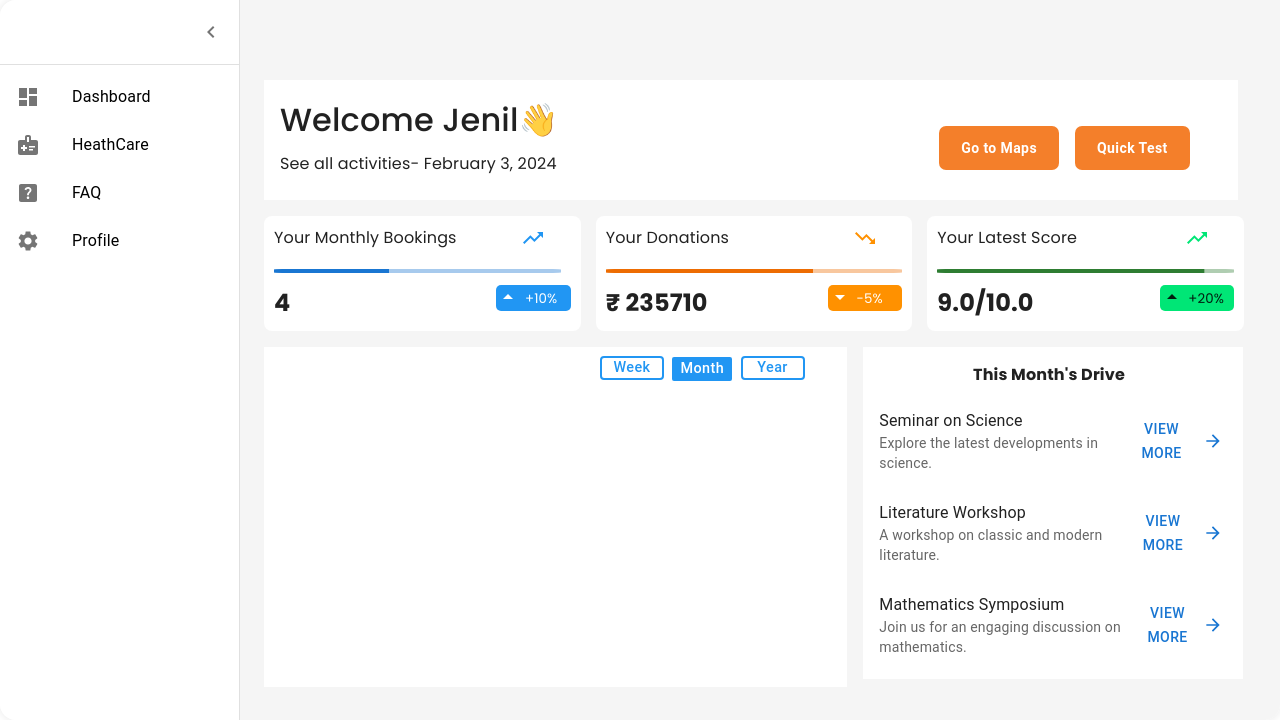
Repository: shubhampirate/Google_Solutions_Edural
Page: /dashboard
The author's editor kept a copy of each file at every save. The page is drawn from the files as they stood at one save, then again after the next save.
The browser window is 1280 px wide. The pictures show the whole page.
The page's requests for data from a server got no answer. The project was rebuilt for these pictures with package versions that can differ from the ones it lists, and the page was loaded fresh each time. Some packages were replaced by stand-ins written for this rebuild. No one was signed in, and anything a server would have sent is missing. Also part of the build but not shown: src/Components/Navbar.jsx, src/Components/Footer.jsx, src/Components/CongratsCard.jsx, src/pages/Hero/Hero.jsx, src/pages/Sign_in.jsx.

Above is the page before, as saved 2024-02-03 18:10:24.

### src/index.js
import React from "react";
import ReactDOM from "react-dom/client";
import "./index.css";
import { GoogleOAuthProvider } from '@react-oauth/google';
import App from "./App";
import { BrowserRouter } from "react-router-dom";
const root = ReactDOM.createRoot(
    document.getElementById("root"));
root.render(
    <BrowserRouter>
<GoogleOAuthProvider clientId="730379698185-cv7a59sok9sod43v04ee6g6pt4gtaea2.apps.googleusercontent.com">
        {/* <React.StrictMode> */}
            <App />
        {/* </React.StrictMode> */}
    </GoogleOAuthProvider>
    </BrowserRouter>

);

### src/App.jsx
import Hero from "./pages/Hero/Hero";
import Dashboard from "./pages/Dashboard/Dashboard";
import SignIn from "./pages/Sign_in";
import {useState} from "react";
import { Route, Routes } from "react-router-dom";
function App() {
  return (
    <>
      {/* <Hero />   */}
      {/* <SignIn /> */}
      <Routes>
        <Route path="/signin" element={<><SignIn /></>} />
        <Route path="/dashboard" element={<><Dashboard /></>} />
        {/* <Route path="/education" element={<><Education /></>} /> */}
        {/* <Route path="/health" element={<><Health /></>} /> */}
        {/* <Route path="/profile" element={<><Profile /></>} /> */}
        {/* <Route path="/finance" element={<><Finance /></>} /> */}
        {/* <Route path="/questions" element={<><Questions /></>} /> */}
        {/* <Route path="/retireaibot" element={<><Bot /></>} /> */}
        <Route path="/" element={<><Hero /></>} />
      </Routes>
         </>
  );
}

export default App;

### src/pages/Dashboard/Dashboard.jsx
    import * as React from 'react';
    import { styled, createTheme, ThemeProvider } from '@mui/material/styles';
    import CssBaseline from '@mui/material/CssBaseline';
    import MuiDrawer from '@mui/material/Drawer';
    import Box from '@mui/material/Box';
    import MuiAppBar from '@mui/material/AppBar';
    import Toolbar from '@mui/material/Toolbar';
    import {
    LinearProgress, ListItem, CircularProgress, Checkbox, ListItemText, Dialog, DialogActions, DialogContent,
    DialogContentText, DialogTitle, ListItemIcon, ListItemButton
    } from '@mui/material';
    import TrendingUpIcon from '@mui/icons-material/TrendingUp';
    // import { PieChart } from '@mui/x-charts/PieChart';
    // import { useDrawingArea } from '@mui/x-charts/hooks';
    import TrendingDownIcon from '@mui/icons-material/TrendingDown';
    import List from '@mui/material/List';
    import Divider from '@mui/material/Divider';
    import IconButton from '@mui/material/IconButton';
    import ArrowDropUpIcon from '@mui/icons-material/ArrowDropUp';
    import ArrowDropDownIcon from '@mui/icons-material/ArrowDropDown';
    import Grid from '@mui/material/Grid';
    import MenuIcon from '@mui/icons-material/Menu';
    import ChevronLeftIcon from '@mui/icons-material/ChevronLeft';
    import { mainListItems } from '../../Components/listItems';
    import axios from 'axios';
    import Button from '@mui/material/Button';
    import CommentIcon from '@mui/icons-material/Comment';
    import Swal from 'sweetalert2';
    import { useState } from 'react';
    import { useEffect } from 'react';
    import CustomButton from "../../Components/CustomButton";
    import ArrowForwardIcon from '@mui/icons-material/ArrowForward';
    // import { Bar } from "react-chartjs-2";
    // import { BarElement, CategoryScale, Chart as ChartJS, Legend, LinearScale, Title, Tooltip } from "chart.js";
    // import GoogleTranslateComponent from '../../Components/GoogleTranslateComponent';
    // import csacc from "../../media/csacc.png"
    // import creditscoremodel from "../../media/creditscoremodel.png"
    // import creditflow from "../../media/creditflowchart.png"
    // ChartJS.register(CategoryScale, LinearScale, BarElement, Title, Tooltip, Legend);

    const drawerWidth = 240;

    const AppBar = styled(MuiAppBar, {
    shouldForwardProp: (prop) => prop !== 'open',
    })(({ theme, open }) => ({
    zIndex: theme.zIndex.drawer + 1,
    transition: theme.transitions.create(['width', 'margin'], {
        easing: theme.transitions.easing.sharp,
        duration: theme.transitions.duration.leavingScreen,
    }),
    ...(open && {
        marginLeft: drawerWidth,
        width: `calc(100% - ${drawerWidth}px)`,
        transition: theme.transitions.create(['width', 'margin'], {
        easing: theme.transitions.easing.sharp,
        duration: theme.transitions.duration.enteringScreen,
        }),
    }),
    }));

    const Drawer = styled(MuiDrawer, { shouldForwardProp: (prop) => prop !== 'open' })(
    ({ theme, open }) => ({
        '& .MuiDrawer-paper': {
        position: 'relative',
        whiteSpace: 'nowrap',
        width: drawerWidth,
        transition: theme.transitions.create('width', {
            easing: theme.transitions.easing.sharp,
            duration: theme.transitions.duration.enteringScreen,
        }),
        boxSizing: 'border-box',
        ...(!open && {
            overflowX: 'hidden',
            transition: theme.transitions.create('width', {
            easing: theme.transitions.easing.sharp,
            duration: theme.transitions.duration.leavingScreen,
            }),
            width: theme.spacing(7),
            [theme.breakpoints.up('sm')]: {
            width: theme.spacing(9),
            },
        }),
        },
    }),
    );
    const educationEvents = [
        { id: 1, name: 'Seminar on Science', description: 'Explore the latest developments in science.' },
        { id: 2, name: 'Literature Workshop', description: 'A workshop on classic and modern literature.' },
        { id: 3, name: 'Mathematics Symposium', description: 'Join us for an engaging discussion on mathematics.' },
      ];
    var currentDate = new Date();

    var months = [
    "January", "February", "March", "April", "May", "June",
    "July", "August", "September", "October", "November", "December"
    ];

    var formattedDate = months[currentDate.getMonth()] + " " + currentDate.getDate() + ", " + currentDate.getFullYear();

    const defaultTheme = createTheme();

    export default function Dashboard() {
    const [open, setOpen] = React.useState(true);
    const toggleDrawer = () => {
        setOpen(!open);
    };

    const [expensedata, setExpensedata] = useState([])

    useEffect(() => {
        loadList();
    }, []);


    const loadList = async () => {
        const result = await axios.get(`https://wixstocle.pythonanywhere.com/api/expense/`, {
        headers: { "Authorization": `Token 11c868750d92deda81638c5a9a59177bdc7ae41a` },
        });
        console.log(result.data.data);
        setExpensedata(result.data.data);
    }

    const getLabels = () => expensedata.slice(-5).map(data => data.date);

    const getData = (key) => expensedata.slice(-5).map(data => data[key]);

    const optionsexpense = {
        indexAxis: 'x',
        elements: {
        bar: {
            borderWidth: 0,
        },
        },
        responsive: true,
        interaction: {
        mode: 'index',
        intersect: false,
        },
        scales: {
        x: {
            stacked: false,
        },
        y: {
            stacked: false,
        },
        },
        plugins: {
        legend: {
            position: 'top',
        }
        },
    };

    const dataexpense = {
        labels: getLabels(),
        datasets: [
        {
            label: 'Revenue',
            data: getData('income'),
            backgroundColor: '#2196f3',
        },
        {
            label: 'Spendings',
            data: getData('expense'),
            backgroundColor: '#ff9100',
        },
        {
            label: 'Savings',
            data: getData('savings'),
            backgroundColor: '#00e676',
        },
        ],
    };

    const today = new Date();
    const year = today.getFullYear();
    const month = String(today.getMonth() + 1).padStart(2, '0'); // Months are zero-based
    const day = String(today.getDate()).padStart(2, '0');

    const todayDate = `${year}-${month}-${day}`;

    const [userData, setUserData] = React.useState({
        income: '',
        savings: '',
        expense: '',
        date: todayDate,
        user: "tony@gmail.com"
    });

    const handleChangePlan = (field, value) => {
        setUserData((prevData) => ({ ...prevData, [field]: value }));
    };
    const creditscore = 87.4;

    const handlePostData = () => {
        console.log(userData);
        fetch(`https://wixstocle.pythonanywhere.com/api/expense/`, {
        method: 'POST',
        headers: {
            "Authorization": `Token 11c868750d92deda81638c5a9a59177bdc7ae41a`,
            'Content-Type': 'application/json',
        },
        body: JSON.stringify(userData),
        })
        .then((response) => response.json())
        .then((data) => {
            // console.log(data);
            if (data.status == true) {
            Swal.fire({
                icon: 'success',
                title: 'Successfully Saved the details',
                showConfirmButton: false,
                timer: 3000
            })
            setExpensedata([...expensedata, userData]);
            }
            else {
            Swal.fire({
                icon: 'error',
                title: data.message,
                showConfirmButton: false,
                timer: 3000
            })
            }
        });
    };

    const [checked, setChecked] = React.useState([1]);

    const handleToggle = (value) => () => {
        const currentIndex = checked.indexOf(value);
        const newChecked = [...checked];

        if (currentIndex === -1) {
        newChecked.push(value);
        } else {
        newChecked.splice(currentIndex, 1);
        }

        setChecked(newChecked);
    };
    return (
        <ThemeProvider theme={defaultTheme}>
        <Box sx={{ display: 'flex', borderRadius: '16px', overflow: 'hidden', boxShadow: '0px 0px 10px rgba(0, 0, 0, 0.1)' }} >
            <CssBaseline />
            <AppBar position="absolute" open={open} sx={{ backgroundColor: "whitesmoke", boxShadow: 'none' }}>
            <Toolbar
                sx={{
                pr: '24px', // keep right padding when drawer closed
                display: 'flex',
                alignItems: 'center',
                justifyContent: 'space-between',
                }}>
                <Box sx={{ display: 'flex', alignItems: 'center' }}>
                <IconButton
                    edge="start"
                    aria-label="open drawer"
                    onClick={toggleDrawer}
                    sx={{
                    marginRight: '36px',
                    ...(open && { display: 'none' }),
                    backgroundColor: "#fff"
                    }}>
                    <MenuIcon />
                </IconButton>
                </Box>
            </Toolbar>
            </AppBar>
            <Drawer variant="permanent" open={open}>
            <Toolbar
                sx={{
                display: 'flex',
                alignItems: 'center',
                justifyContent: 'flex-end',
                px: [1],
                }}
            >
                {/* <GoogleTranslateComponent /> */}
                <IconButton onClick={toggleDrawer}>
                <ChevronLeftIcon />
                </IconButton>
            </Toolbar>
            <Divider />
            <List component="nav">
                {mainListItems}
            </List>
            </Drawer>
            <Box
            component="main"
            sx={{
                backgroundColor: (theme) =>
                theme.palette.mode === 'light'
                    ? theme.palette.grey[100]
                    : theme.palette.grey[900],
                flexGrow: 1,
                height: '100vh',
                overflow: 'auto',
            }}>
            <Toolbar />
            <div>
        <Grid container spacing={2} marginTop="1rem" paddingLeft={5}>
            <Grid item xs={6} style={{ backgroundColor: "white",paddingBottom: "1.5rem" }} >
            <div style={{ fontSize: '2rem', fontWeight: '500', paddingBottom: "0.5rem" }}>Welcome Jenil👋</div>
            <div>See all activities- {formattedDate}</div>
            </Grid>
            <Grid item xs={5.5} display="flex" justifyContent="flex-end" alignItems="center" style={{ backgroundColor: "white",paddingRight: "3rem"}}>
            <Box
        sx={{
          display: "flex",
          alignItems: "center",
          justifyContent: "center",
          gap: "1rem",
        }}
      >
        <CustomButton
          backgroundColor="#F47F2A"
          color="#fff"
          buttonText="Go to Maps"

        />
        <CustomButton
          backgroundColor="#F47F2A"
          color="#fff"
          buttonText="Quick Test"

        />
      </Box>
            </Grid>
        </Grid>
        </div>

            <Grid container spacing={2} marginTop="1rem" paddingLeft={5} paddingRight={2}>
                <Grid item xs={12} md={3.8} style={{ backgroundColor: "white", padding: "10px", marginRight: "15px", borderRadius: "0.5rem" }}>
                <Grid item xs={12}>
                    <Grid container>
                    <Grid item xs={10}><div>Your Monthly Bookings</div></Grid>
                    <Grid item xs={2}><TrendingUpIcon sx={{ color: "#2196f3" }} /></Grid>
                    </Grid>
                    <Grid item xs={12}>
                    <LinearProgress variant="determinate" value={40} sx={{ color: "#2196f3", borderRadius: "10%", margin: "12px 10px 12px 0px" }} />
                    </Grid>
                    <Grid item xs={12}>
                    <Grid container>
                        <Grid item xs={9}>
                        <div style={{ fontSize: "1.5rem", fontWeight: "550" }}> 4</div>
                        </Grid>
                        <Grid item xs={3} style={{ backgroundColor: "#2196f3", color: "white", borderRadius: "5px", height: "1.65rem" }}>
                        <ArrowDropUpIcon /> <sup>+10%</sup>
                        </Grid>
                    </Grid>
                    </Grid>
                </Grid>
                </Grid>
                <Grid item xs={12} md={3.8} style={{ backgroundColor: "white", padding: "10px", marginRight: "15px", borderRadius: "0.5rem" }}>
                <Grid item xs={12}>
                    <Grid container>
                    <Grid item xs={10}><div>Your Donations</div></Grid>
                    <Grid item xs={2}><TrendingDownIcon sx={{ color: "#ff9100" }} /></Grid>
                    </Grid>
                    <Grid item xs={12}>
                    <LinearProgress variant="determinate" value={70} color='warning' sx={{ borderRadius: "10%", margin: "12px 0px" }} />
                    </Grid>
                    <Grid item xs={12}>
                    <Grid container>
                        <Grid item xs={9}>
                    <div style={{ fontSize: "1.5rem", fontWeight: "550" }}>₹ 235710</div>
                        </Grid>
                        <Grid item xs={3} style={{ backgroundColor: "#ff9100", color: "white", borderRadius: "5px", height: "1.65rem" }}>
                        <ArrowDropDownIcon /> <sup>-5%</sup>
                        </Grid>
                    </Grid>
                    </Grid>
                </Grid>
                </Grid>
                <Grid item xs={12} md={3.8} style={{ backgroundColor: "white", padding: "10px", marginRight: "15px", borderRadius: "0.5rem" }}>
                <Grid item xs={12}>
                    <Grid container>
                    <Grid item xs={10}><div>Your Latest Score</div></Grid>
                    <Grid item xs={2}><TrendingUpIcon sx={{ color: "#00e676" }} /></Grid>
                    </Grid>
                    <Grid item xs={12}>
                    <LinearProgress variant="determinate" value={90} color="success" style={{ borderRadius: "10%", margin: "12px 0px" }} />
                    </Grid>
                    <Grid item xs={12}>
                    <Grid container>
                        <Grid item xs={9}>
    <div style={{ fontSize: "1.5rem", fontWeight: "550" }}> 9.0/10.0</div>
                        </Grid>
                        <Grid item xs={3} style={{ backgroundColor: "#00e676", borderRadius: "5px", height: "1.65rem" }}>
                        <ArrowDropUpIcon /> <sup>+20%</sup>
                        </Grid>
                    </Grid>
                    </Grid>
                </Grid>
                </Grid>

            </Grid>
            <Grid container spacing={2} marginTop="1rem" paddingLeft={5} paddingRight={2} marginBottom={2}>
                <Grid item xs={7} sx={{ backgroundColor: "white", padding: "5px", marginRight: "1rem" }}>
                <Grid container spacing={2} padding={1}>
                    <Grid xs={7}></Grid>
                    <Grid xs={1.5}><Button style={{
                    borderColor: "#2196f3", color: "#2196f3", height: "1.5rem", textTransform: "capitalize",
                    fontSize: "0.9rem", border: "2px solid", textAlign: "left"
                    }}>Week</Button></Grid>
                    <Grid xs={1.5}><Button style={{
                    backgroundColor: "#2196f3", color: "white", height: "1.75rem", textTransform: "capitalize",
                    fontSize: "0.9rem", border: "2px solid", textAlign: "left"
                    }}>Month</Button></Grid>
                    <Grid xs={1}><Button style={{
                    borderColor: "#2196f3", color: "#2196f3", height: "1.5rem", textTransform: "capitalize",
                    fontSize: "0.9rem", border: "2px solid", textAlign: "left"
                    }}>Year</Button></Grid>
                    <Grid xs={12} marginTop={2}>
                    {/* <Bar options={optionsexpense} data={dataexpense} /> */}
                    </Grid>
                </Grid>
                </Grid>
                <Grid item xs={4.75} >
                <Grid container spacing={2} >

                    <Grid item xs={11.5}>
                    <Grid container spacing={2} sx={{ backgroundColor: "white", marginBottom: "0.5rem" }}>
                        <Grid item xs={12} style={{ textAlign: "center", marginLeft: "-0.75rem", fontWeight: "600" }}>This Month's Drive</Grid>
                        <List sx={{ width: '100%', bgcolor: 'background.paper' }}>
      {educationEvents.map((event) => (
        <ListItem key={event.id} disablePadding>
          <ListItemButton role={undefined}>
            <ListItemText primary={event.name} secondary={event.description} />
            <Button endIcon={<ArrowForwardIcon />} color="primary">
              View More
            </Button>
          </ListItemButton>
        </ListItem>
      ))}
    </List>
                    </Grid>
                    </Grid>
                </Grid>
                </Grid>
            </Grid>

            </Box>
        </Box >
        </ThemeProvider >
    );
    }

### src/Components/CustomButton.jsx
import { Button, styled } from "@mui/material";
import React from "react";

const CustomButton = ({
  backgroundColor,
  color,
  buttonText,
  heroBtn,
  guideBtn,
  getStartedBtn,
}) => {
  const CustomButton = styled(Button)(({ theme }) => ({
    backgroundColor: backgroundColor,
    color: color,
    fontWeight: "700",
    fontSize: "14px",
    cursor: "pointer",
    padding: "0.5rem 1.25rem",
    borderRadius: "7px",
    textTransform: "none",
    display: "block",
    border: "2px solid transparent",
    "&:hover": {
      backgroundColor: color,
      color: backgroundColor,
      borderColor: backgroundColor,
    },
    [theme.breakpoints.down("md")]: {
      margin: (heroBtn || getStartedBtn) && theme.spacing(0, "auto", 3, "auto"),
      width: (heroBtn || getStartedBtn) && "90%",
    },
    [theme.breakpoints.down("sm")]: {
      marginTop: guideBtn && theme.spacing(3),
      width: guideBtn && "90%",
    },
  }));

  return <CustomButton>{buttonText}</CustomButton>;
};

export default CustomButton;

### src/Components/listItems.jsx
import * as React from 'react';
import ListItemButton from '@mui/material/ListItemButton';
import ListItemIcon from '@mui/material/ListItemIcon';
import ListItemText from '@mui/material/ListItemText';
import DashboardIcon from '@mui/icons-material/Dashboard';
import MedicalInformationIcon from '@mui/icons-material/MedicalInformation';
import SavingsIcon from '@mui/icons-material/Savings';
import SchoolIcon from '@mui/icons-material/School';
import HelpCenterIcon from '@mui/icons-material/HelpCenter';
import SettingsIcon from '@mui/icons-material/Settings';
import SmartToyIcon from '@mui/icons-material/SmartToy';
import { Link } from 'react-router-dom';
// import GoogleTranslateComponent from './GoogleTranslateComponent';


export const mainListItems = (
  <>
    <React.Fragment>
      <Link to="/dashboard" style={{ textDecoration: "none", color: "black" }}>
        <ListItemButton>
          <ListItemIcon>
            <DashboardIcon />
          </ListItemIcon>
          <ListItemText primary="Dashboard" />
        </ListItemButton>
      </Link>
      <Link to="/health" style={{ textDecoration: "none", color: "black" }}>
        <ListItemButton>
          <ListItemIcon>
            <MedicalInformationIcon />
          </ListItemIcon>
          <ListItemText primary="HeathCare" />
        </ListItemButton>
      </Link>
      {/* <Link to="/finance" style={{ textDecoration: "none", color: "black" }}>
        <ListItemButton>
          <ListItemIcon>
            <SavingsIcon />
          </ListItemIcon>
          <ListItemText primary="Finance Planning" />
        </ListItemButton>
      </Link> */}
      {/* <Link to="/education" style={{ textDecoration: "none", color: "black" }}>
        <ListItemButton>
          <ListItemIcon>
            <SchoolIcon />
          </ListItemIcon>
          <ListItemText primary="Educational Service" />
        </ListItemButton>
      </Link> */}
      <Link to="/questions" style={{ textDecoration: "none", color: "black" }}>
        <ListItemButton>
          <ListItemIcon>
            <HelpCenterIcon />
          </ListItemIcon>
          <ListItemText primary="FAQ" />
        </ListItemButton>
      </Link>
      <Link to="/profile" style={{ textDecoration: "none", color: "black" }}>
        <ListItemButton>
          <ListItemIcon>
            <SettingsIcon />
          </ListItemIcon>
          <ListItemText primary="Profile" />
        </ListItemButton>
      </Link>
      {/* <Link to="/retireaibot" style={{ textDecoration: "none", color: "black" }}>
        <ListItemButton>
          <ListItemIcon>
            <SmartToyIcon />
          </ListItemIcon>
          <ListItemText primary="Retire AI Bot" />
        </ListItemButton>
      </Link> */}
    </React.Fragment >
  </>
);

// export const secondaryListItems = (
//   <React.Fragment>
//     <ListSubheader component="div" inset>
//       Saved reports
//     </ListSubheader>
//     <ListItemButton>
//       <ListItemIcon>
//         <AssignmentIcon />
//       </ListItemIcon>
//       <ListItemText primary="Current month" />
//     </ListItemButton>
//     <ListItemButton>
//       <ListItemIcon>
//         <AssignmentIcon />
//       </ListItemIcon>
//       <ListItemText primary="Last quarter" />
//     </ListItemButton>
//     <ListItemButton>
//       <ListItemIcon>
//         <AssignmentIcon />
//       </ListItemIcon>
//       <ListItemText primary="Year-end sale" />
//     </ListItemButton>
//   </React.Fragment>
// );

Loaded but not shown: public/index.html (common file); src/index.css (common file)

After the next save:
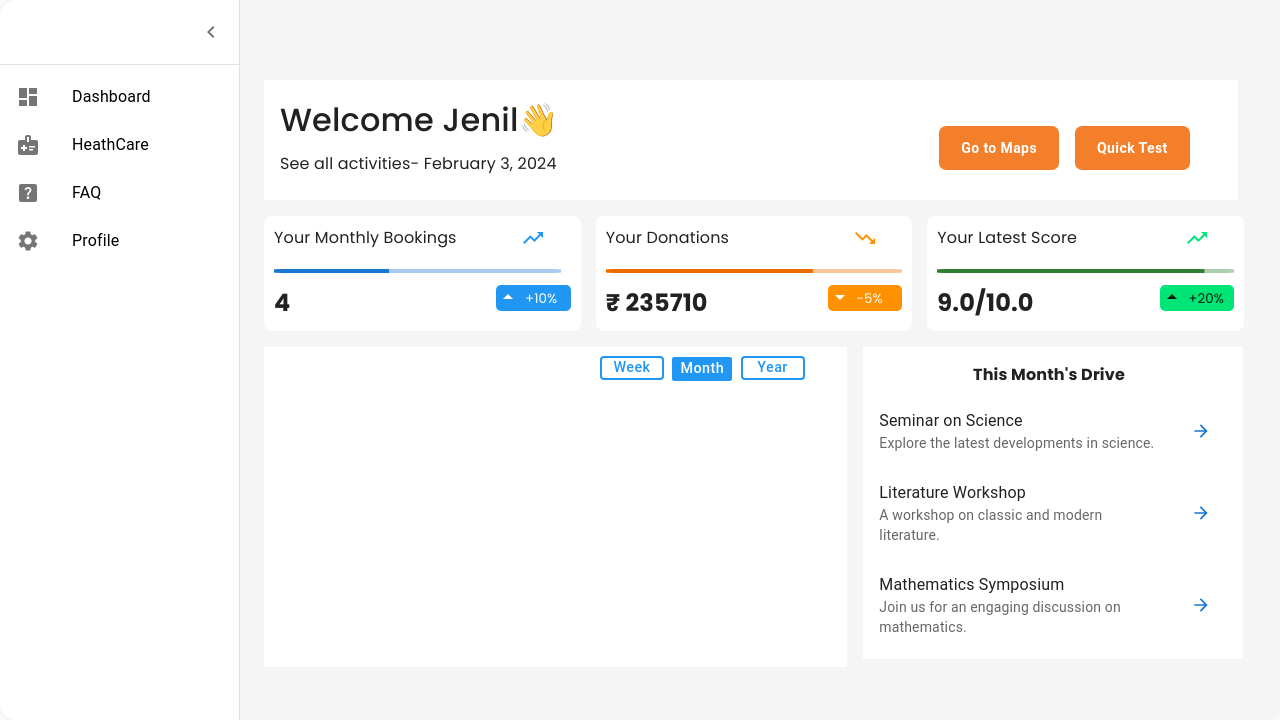
Saved 40 s later.
--- a/src/pages/Dashboard/Dashboard.jsx
+++ b/src/pages/Dashboard/Dashboard.jsx
@@ -428,7 +428,7 @@
           <ListItemButton role={undefined}>
             <ListItemText primary={event.name} secondary={event.description} />
             <Button endIcon={<ArrowForwardIcon />} color="primary">
-              View More
+              {/* View More */}
             </Button>
           </ListItemButton>
         </ListItem>
